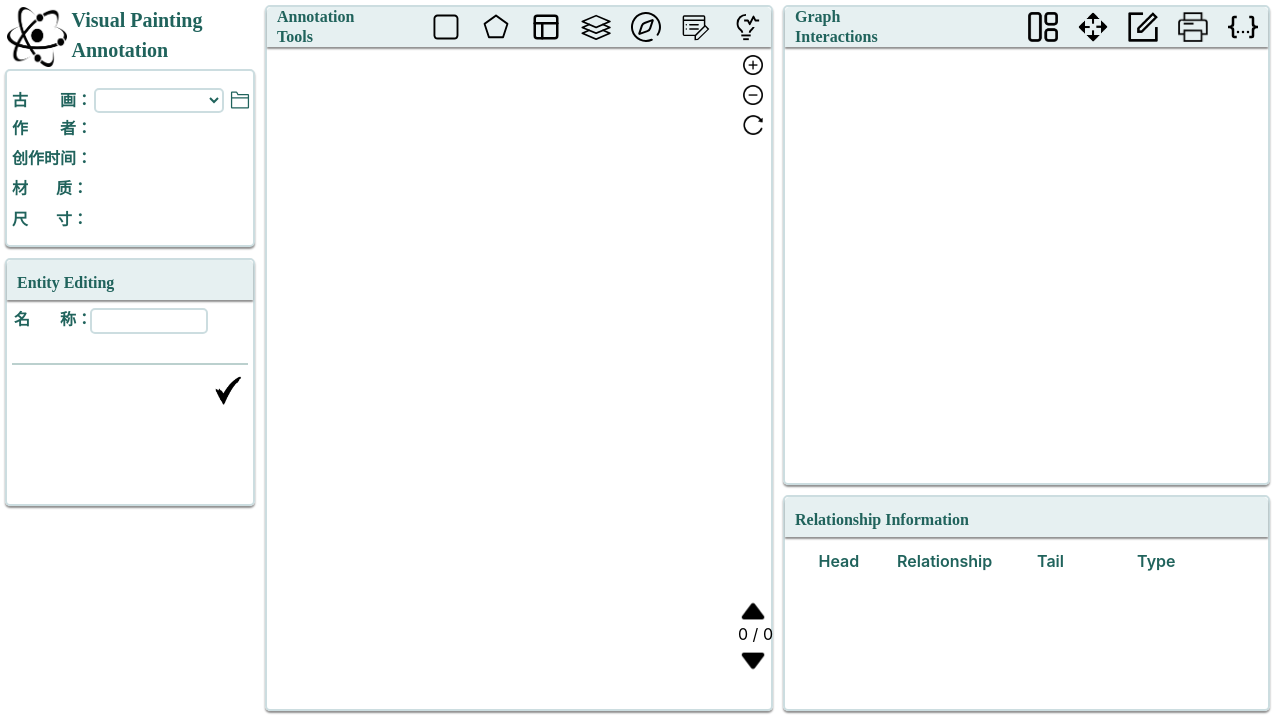
Repository: cailbh/ImageLabelTool
Page: /
The author's editor kept a copy of each file at every save. The page is drawn from the files as they stood at one save, then again after the next save.
The browser window is 1280 px wide. The pictures show the whole page.
The project was rebuilt for these pictures with package versions that can differ from the ones it lists, and the page was loaded fresh each time.

Above is the page before, as saved 2022-11-01 13:50:56.

After the next save:
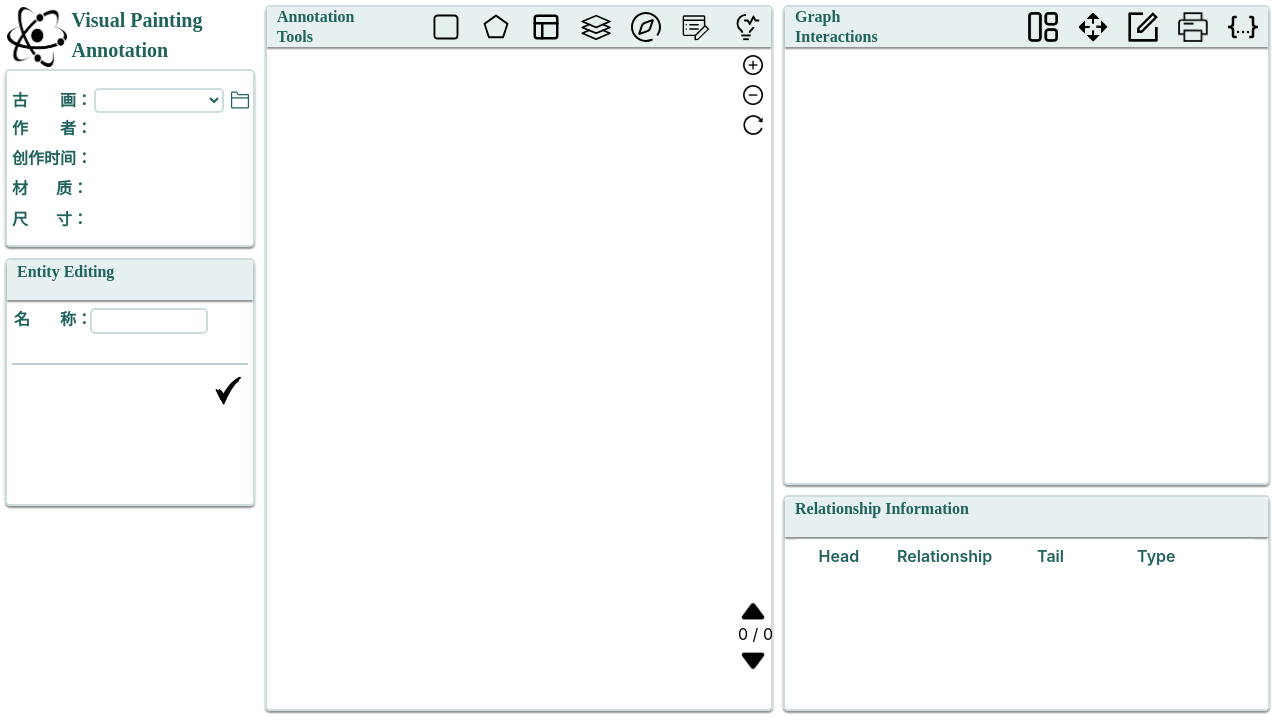
Saved 3 min 44 s later.
--- a/src/component/AttributeInput/index.css
+++ b/src/component/AttributeInput/index.css
@@ -31,8 +31,7 @@
 }
 .headName{
     float: left;
-    /* margin: 20px; */
-    padding: 10px;
+    margin-left: 10px;
     width: 100%;
     font-size:15px;
     line-height:90px;
@@ -41,7 +40,7 @@
     line-height:30px;
     font-weight: 600;
     font-variant: tabular-nums;
-    line-height: 1.5715;
+    line-height: 150%;
     font-feature-settings: "tnum";
     font-family: SourceHanSerifCN-Heavy, SourceHanSerifCN;
     border-top-left-radius: 5px;
